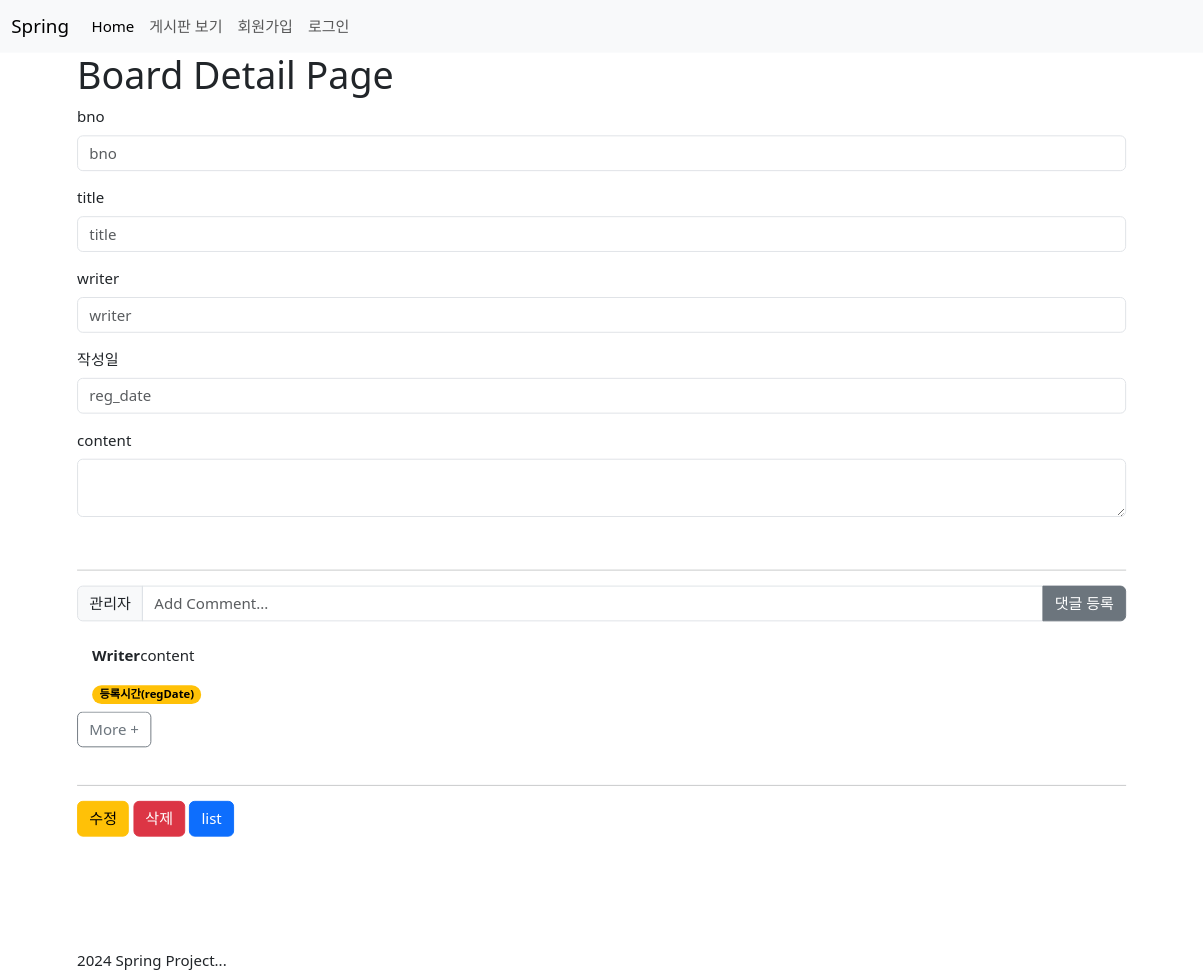
Repository: oco0217/SpringTest2
Page: http://localhost/spring_test2/WEB-INF/views/board/detail.jsp
An editor plug-in stored every save of this project. The page is shown before and after a run of saves, followed by the edit.
The browser window is 1280 px wide. The pictures show the whole page, at 94% of full size.
The page is served by Tomcat 9. Nobody is signed in. The template is opened directly, without the code that normally fills it, so the values that code supplies are empty.

Above is the page before, as saved 2024-05-02 03:23:37.
Console error: TypeError: Cannot read properties of null (reading 'addEventListener')

After the next 2 saves:
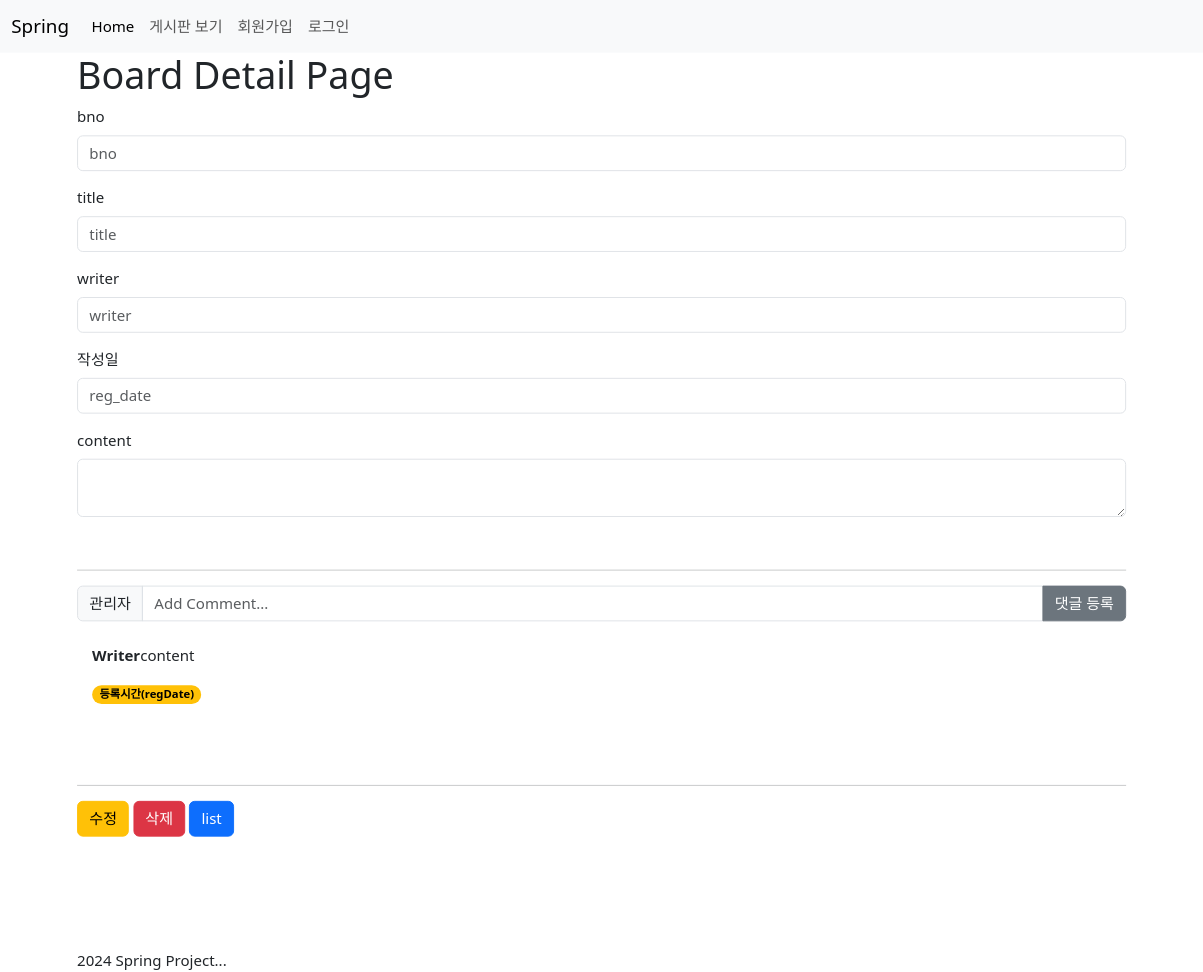
The 2 saves are shown as one change because they came seconds apart.
The last was saved 10 s later.
--- a/spring_test2/src/main/webapp/WEB-INF/views/board/detail.jsp
+++ b/spring_test2/src/main/webapp/WEB-INF/views/board/detail.jsp
@@ -96,7 +96,7 @@
 
 	<!-- 댓글 더보기 버튼 -->
 	<div>
-		<button type="button" class="btn btn-outline-secondary" style=""> More +</button>
+		<button type="button" class="btn btn-outline-secondary" style="visibility: hidden"> More +</button>
 	</div>
 	<br>
 	<hr>
